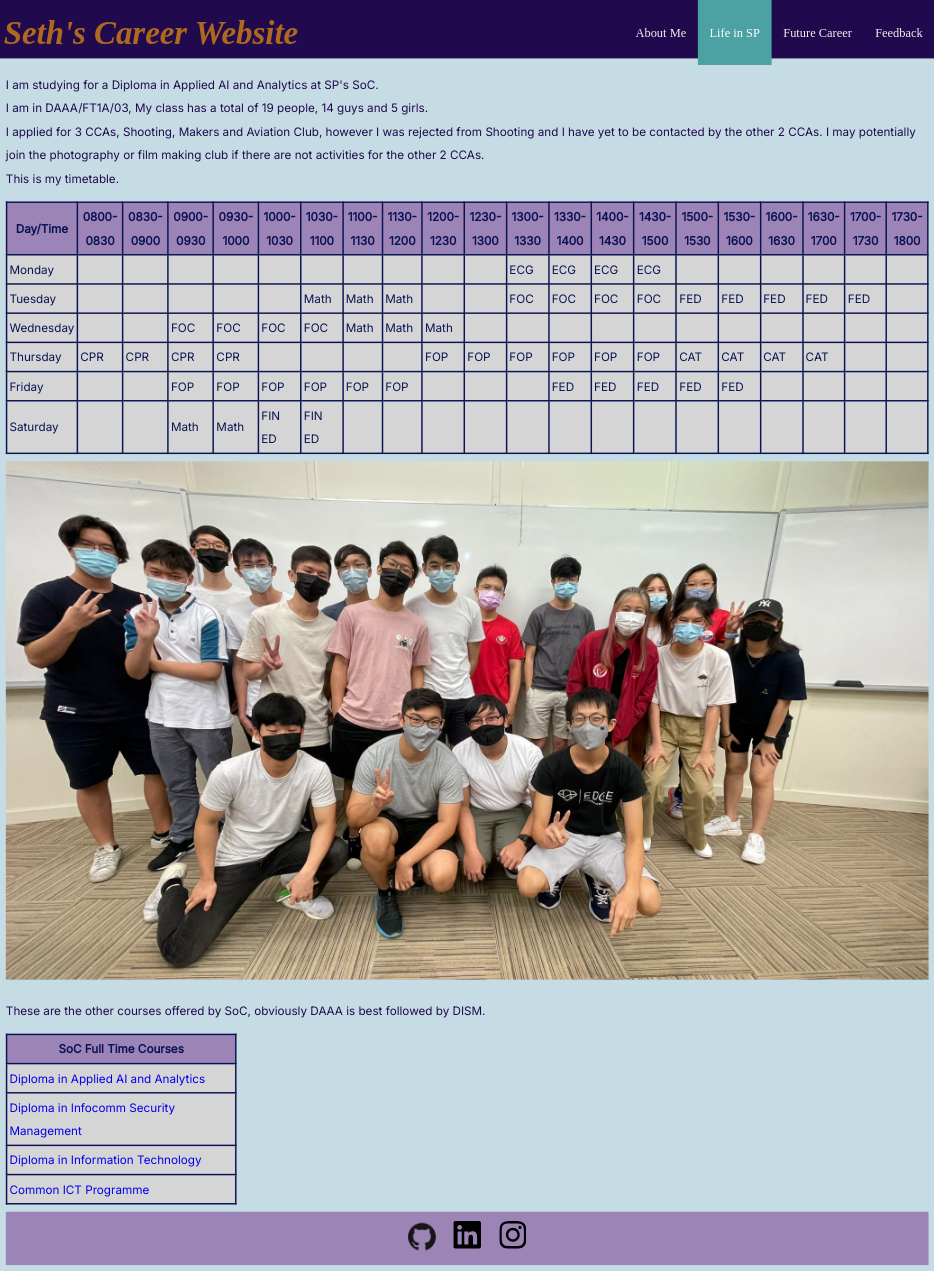
Repository: idkSeth/SP-FED-Website
Page: life.html
The author's editor kept a record of every edit. The page is drawn from the files as they stood at one moment, then again after the next edit.
The browser window is 1280 px wide. The pictures show the whole page, at 73% of full size.
Some web fonts or font styles are not loaded; a fallback is used.

Above is the page before.

After the next edit:
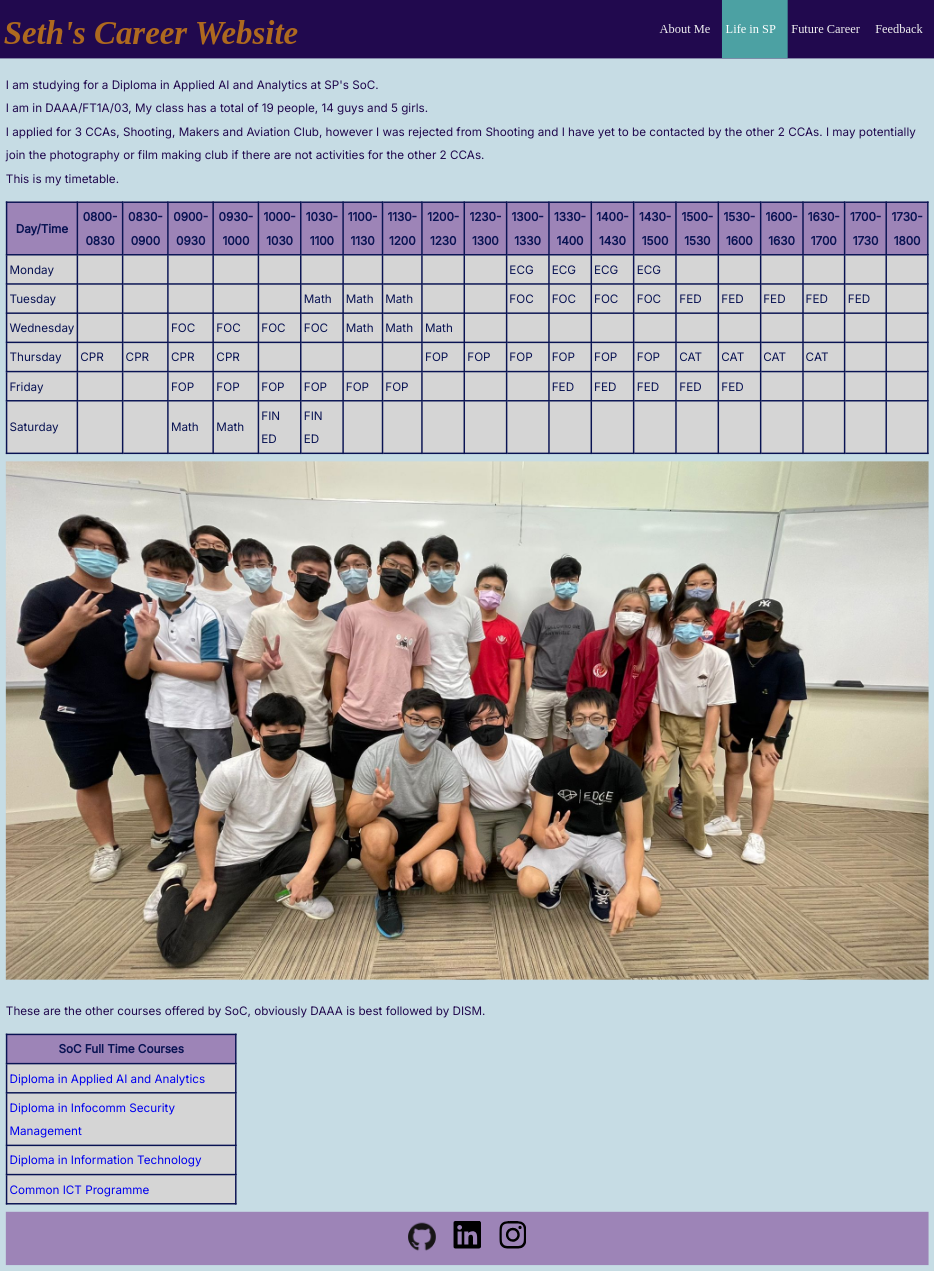
The edit:
--- a/styles.css
+++ b/styles.css
@@ -81,6 +81,7 @@
   padding: calc(10% - 19px + 4px) 16px;
   text-decoration: none;
   font-size: 17px;
+  padding-left: 5px;
 }
 
 /* Change the color of links on hover */
